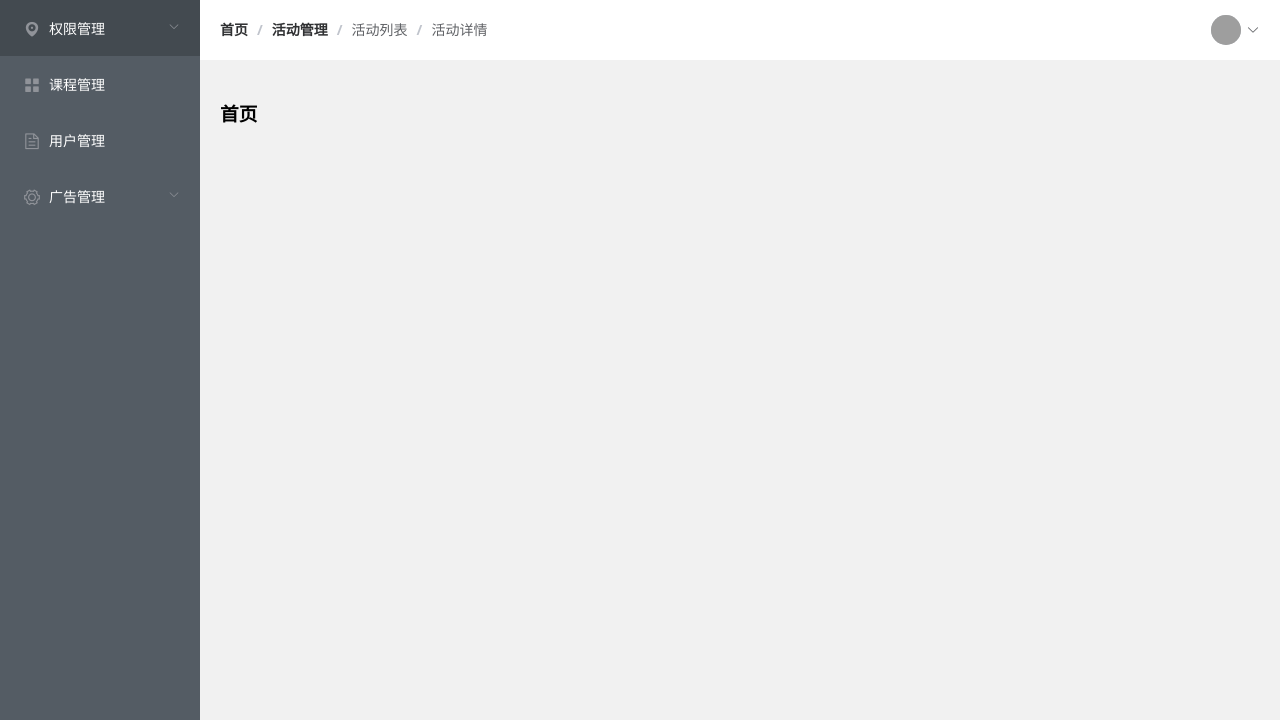
Repository: xiaozhuxiao/management-system
Page: /#/
An editor plug-in stored every save of this project. The page is shown before and after the next save, followed by the edit.
The browser window is 1280 px wide. The pictures show the whole page.
Pictures or frames that could not be fetched are drawn as grey boxes. The project was rebuilt for these pictures with package versions that can differ from the ones it lists, and the page was loaded fresh each time. Also part of the build but not shown: vue.config.js.

Above is the page before, as saved 2023-01-10 16:08:07.

### src/main.js
import Vue from 'vue'
import App from './App.vue'
import router from './router'
import store from './store'
// 引入Element
import ElementUI from 'element-ui'

// 引入 Element 的主题文件
// import 'element-ui/lib/theme-chalk/index.css'

// 引入自定义的全局样式文件
import './styles/index.scss'

// 将 Element 注册为 Vue 插件
Vue.use(ElementUI)

Vue.config.productionTip = false

new Vue({
  router,
  store,
  render: (h) => h(App)
}).$mount('#app')

### src/App.vue
<template>
  <div id="app">
    <!-- 根路由出口 -->
    <router-view />
  </div>
</template>

<script>
// 测试请求地址是否成功,以后哪个组件要用就直接调用下面代码即可
// import request from '@/utils/request'

// request({
//   method: 'GET',
//   // url: '/front/ad/getAdList'
//   url: '/boss/v2/api-docs?group=edu-boss-boot'
// }).then((res) => {
//   console.log(res)
// })

export default {
  name: 'App'
}
</script>

<style lang="scss"></style>

### src/router/index.js
import Vue from 'vue'
import VueRouter from 'vue-router'

// 引入 store
import store from '@/store'

// 引入路由中需要使用的组件功能
// import Login from '@/views/login/index'
// import Layout from '@/views/layout/index'
// import Home from '@/views/home/index'
// import Role from '@/views/role/index'
// import Menu from '@/views/menu/index'
// import Resource from '@/views/resource/index'
// import User from '@/views/user/index'
// import Advert from '@/views/advert/index'
// import AdvertSpace from '@/views/advert-space/index'
// import ErrorPage from '@/views/error-page/index'
// import Course from '@/views/course/index'

Vue.use(VueRouter)

// 路由规则（添加需要认证的 requiresAuth 信息）
const routes = [
  {
    path: '/login',
    name: 'login',
    // 路由懒加载模式 () => import('./xxx/xxx/xxx.vue')
    component: () => import(/* webpackChunkName:'login' */ '@/views/login/index')
  },
  {
    path: '/',
    component: () => import(/* webpackChunkName:'layout' */ '@/views/layout/index'),
    // 直接给某个路由设置，这时内部的子路由都需要认证（包含当前路由）
    meta: { requiresAuth: true },
    children: [
      {
        path: '',
        name: 'home',
        component: () => import(/* webpackChunkName:'home' */ '@/views/home/index')
      },
      {
        path: '/role',
        name: 'role',
        component: () => import(/* webpackChunkName:'role' */ '@/views/role/index')
      },
      {
        path: '/advert',
        name: 'advert',
        component: () => import(/* webpackChunkName:'advert' */ '@/views/advert/index')
      },
      {
        path: '/menu',
        name: 'menu',
        component: () => import(/* webpackChunkName:'menu' */ '@/views/menu/index')
      },
      {
        path: '/resource',
        name: 'resource',
        component: () => import(/* webpackChunkName:'resource' */ '@/views/resource/index')
      },
      {
        path: '/user',
        name: 'user',
        component: () => import(/* webpackChunkName:'user' */ '@/views/user/index')
      },
      {
        path: '/advert-space',
        name: 'advert-space',
        component: () => import(/* webpackChunkName:'advert-space' */ '@/views/advert-space/index')
      },
      {
        path: '/course',
        name: 'course',
        component: () => import(/* webpackChunkName:'course' */ '@/views/course/index')
      }
    ]
  },
  {
    path: '*',
    name: 'error-page',
    component: () => import(/* webpackChunkName:'error-page' */ '@/views/error-page/index')
  }
]

const router = new VueRouter({
  routes
})

router.beforeEach((to, from, next) => {
  // 验证 to 路由是否需要进行身份认证
  if (to.matched.some((record) => record.meta.requiresAuth)) {
    // 验证 Vuex 的 store 中的登录用户信息是否存储
    store.state.user

    next()
  } else {
    console.log('当前页面不需要认证')

    next() // 确保一定要调用 next()
  }
})

export default router

### src/store/index.js
import Vue from 'vue'
import Vuex from 'vuex'

Vue.use(Vuex)

export default new Vuex.Store({
  state: {
    // 用于在登录成功后保存用户信息 (初始值尝试读取本地存储)
    user: JSON.parse(window.localStorage.getItem('user') || null)
  },
  mutations: {
    // 存储用户数据
    setUser(state, payload) {
      // 将 payload 转换为对象后再进行存储
      state.user = JSON.parse(payload)
      // 将 payload 数据添加到本地存储中
      window.localStorage.setItem('user', payload)
    }
  },
  actions: {},
  modules: {}
})

### src/styles/index.scss
// styles/index.scss
  @import './variables.scss';

  // globals
  html {
  font-family: $font-family;
  -webkit-text-size-adjust: 100%;
  -webkit-tap-highlight-color: rgba(0, 0, 0, 0);
  // better Font Rendering
  -webkit-font-smoothing: antialiased;
  -moz-osx-font-smoothing: grayscale;
  }

  body {
  margin: 0;
  background-color: $body-bg;
  }

  // custom element theme 更改 element 主题⾊
  $--color-primary: $primary-color;
  $--color-success: $success-color;
  $--color-warning: $warning-color;
  $--color-danger: $danger-color;
  $--color-info: $info-color;
  // change font path, required 改变 icon 字体路径变量，必需
  $--font-path: '~element-ui/lib/theme-chalk/fonts';
  // import element default theme 引⼊ element 默认主题⽂件（样式⽂件）
  @import '~element-ui/packages/theme-chalk/src/index';
  // node_modules/element-ui/packages/theme-chalk/src/common/var.scss

  // overrides
  // .el-menu-item, .el-submenu__title {
  // height: 50px;
  // line-height: 50px;
  // }

  .el-pagination {
  color: #868e96;
  }

  // components
  .status {
  display: inline-block;
  cursor: pointer;
  width: .875rem;
  height: .875rem;
  vertical-align: middle;
  border-radius: 50%;

  &-primary {
  background: $--color-primary;
  }

  &-success {
  background: $--color-success;
  }

  &-warning {
  background: $--color-warning;
  }
  &-danger {
  background: $--color-danger;
  }
  &-info {
  background: $--color-info;
    }
  }

### src/styles/variables.scss
  // styles/variables.scss
  $primary-color: #40586F;
  $success-color: #51cf66;
  $warning-color: #fcc419;
  $danger-color: #ff6b6b;
  $info-color: #868e96; // #22b8cf;

  $body-bg: #E9EEF3; // #f5f5f9;
  $sidebar-bg: #F8F9FB;
  $navbar-bg: #F8F9FB;

  $font-family: system-ui, -apple-system, "Segoe UI", Roboto, Helvetica, Arial, sans-serif;

### src/views/layout/index.vue
<template>
  <el-container>
    <el-aside width="200px">
      <!-- 侧边栏组件 -->
      <app-aside />
    </el-aside>
    <el-container>
      <el-header>
        <!-- 头部组件 -->
        <app-header />
      </el-header>
      <el-main>
        <!-- 设置子路由出口 -->
        <router-view></router-view>
      </el-main>
    </el-container>
  </el-container>
</template>

<script>
// 引入侧边栏组件
import AppAside from './components/AppAside'

import AppHeader from './components/AppHeader'

export default {
  name: 'Layout',
  components: {
    AppAside,
    AppHeader
  }
}
</script>

<style lang="scss" scoped>
.el-container {
  height: 100vh;
  min-width: 980px;
}
.el-aside {
  background-color: #d3dce6;
}
.el-header {
  background-color: #ffffff;
}
.el-main {
  background-color: #f1f1f1;
}
</style>

### src/views/home/index.vue
<template>
  <div>
    <h3>首页</h3>
  </div>
</template>

<script>
export default {}
</script>

<style></style>

### src/views/layout/components/AppAside.vue
<template>
  <div class="app-aside">
    <el-menu default-active="0" class="el-menu-vertical-demo" background-color="#545c64" text-color="#fff" active-text-color="#ffd04b" unique-opened router>
      <el-submenu index="1">
        <template slot="title">
          <i class="el-icon-location"></i>
          <span>权限管理</span>
        </template>
        <el-menu-item-group>
          <el-menu-item index="/role">
            <i class="el-icon-document"></i>
            <span>角色列表</span>
          </el-menu-item>
          <el-menu-item index="/menu">
            <i class="el-icon-document"></i>
            <span>菜单列表</span>
          </el-menu-item>
          <el-menu-item index="/resource">
            <i class="el-icon-document"></i>
            <span>资源列表</span>
          </el-menu-item>
        </el-menu-item-group>
      </el-submenu>
      <el-menu-item index="course">
        <i class="el-icon-menu"></i>
        <span slot="title">课程管理</span>
      </el-menu-item>
      <el-menu-item index="/user">
        <i class="el-icon-document"></i>
        <span slot="title">用户管理</span>
      </el-menu-item>
      <el-submenu index="4">
        <template slot="title">
          <i class="el-icon-setting"></i>
          <span slot="title">广告管理</span>
        </template>
        <el-menu-item index="/advert">
          <i class="el-icon-document"></i>
          <span>广告列表</span>
        </el-menu-item>
        <el-menu-item index="advert-space">
          <i class="el-icon-document"></i>
          <span>广告位列表</span>
        </el-menu-item>
      </el-submenu>
    </el-menu>
  </div>
</template>

<script>
export default {
  name: 'AppAside'
}
</script>

<style lang="scss" scoped>
.app-aside {
  height: 100%;
  .el-menu {
    height: 100%;
    border-right: 0 none;
  }
}
</style>

### src/views/layout/components/AppHeader.vue
<template>
  <div class="app-header">
    <!-- 左侧面包屑导航 -->
    <el-breadcrumb separator="/">
      <el-breadcrumb-item :to="{ path: '/' }">首页</el-breadcrumb-item>
      <el-breadcrumb-item><a href="/">活动管理</a></el-breadcrumb-item>
      <el-breadcrumb-item>活动列表</el-breadcrumb-item>
      <el-breadcrumb-item>活动详情</el-breadcrumb-item>
    </el-breadcrumb>

    <!-- 右侧用户信息展示 -->
    <el-dropdown>
      <span class="el-dropdown-link">
        <!-- 用户头像,使用 Avatar 组件 -->
        <el-avatar :size="30" src="https://cube.elemecdn.com/3/7c/3ea6beec64369c2642b92c6726f1epng.png"></el-avatar>
        <i class="el-icon-arrow-down el-icon--right"></i>
      </span>
      <el-dropdown-menu slot="dropdown">
        <el-dropdown-item>用户信息</el-dropdown-item>
        <el-dropdown-item divided>注销</el-dropdown-item>
      </el-dropdown-menu>
    </el-dropdown>
  </div>
</template>

<script>
export default {
  name: 'Header'
}
</script>

<style lang="scss" scoped>
.app-header {
  display: flex;
  align-items: center;
  height: 100%;
  justify-content: space-between;

  .el-dropdown-link {
    display: flex;
    align-items: center;
  }
}
</style>

### src/views/login/index.vue
<template>
  <div class="login">
    <el-form ref="form" :model="form" :rules="rules" label-width="80px" label-position="top">
      <el-form-item label="手机号" prop="phone">
        <el-input v-model="form.phone" placeholder="请输入手机号"></el-input>
      </el-form-item>
      <el-form-item label="密码" prop="password">
        <el-input v-model="form.password" type="password" placeholder="请输入密码"></el-input>
      </el-form-item>
      <el-form-item>
        <el-button type="primary" :loading="isLoginLoading" @click="onSubmit">登录</el-button>
      </el-form-item>
    </el-form>
  </div>
</template>

<script>
// import request from '@/utils/request'
// import qs from 'qs'
import { login } from '@/services/user'

export default {
  name: 'LoginInedx',
  data() {
    return {
      // 存储表单数据的对象
      form: {
        phone: '18201288771',
        password: '111111'
      },
      // 用于设置表单校验规则
      rules: {
        phone: [
          { required: true, message: '请输入手机号', trigger: 'blur' },
          { pattern: /^1\d{10}$/, message: '请输入正确的手机号', trigger: 'blur' }
        ],
        password: [
          { required: true, message: '请输入密码', trigger: 'blur' },
          { min: 6, max: 18, message: '密码长度为 6 到 18 位', trigger: 'blur' }
        ]
      },
      // 用于保存加载状态
      isLoginLoading: false
    }
  },
  methods: {
    // 登录功能
    async onSubmit() {
      // this.$refs.form.validate((valid) => {
      //   if (valid) {
      //   } else {
      //   }
      // })
      try {
        // 1.设置校验成功后的功能(请求)
        await this.$refs.form.validate()

        // 2.发送请求
        this.isLoginLoading = true
        // 原始登录接口
        // console.log(qs.stringify(this.form))
        // const { data } = await request({
        // method: 'POST',
        // headers: { 'content-type': 'application/-x-www-form-urlencoded' },
        // url: '/front/user/login',
        // urlencoded 格式:  名=值&名=值...
        // data: qs.stringify(this.form)
        // })
        // 封装引入的登录接口
        const { data } = await login(this.form)

        this.isLoginLoading = false
        // 响应处理
        if (data.state === 1) {
          this.$router.push({
            name: 'home'
          })
          this.$message.success('登录成功')
          // 将用户信息存储到 Vuex 中
          this.$store.commit('setUser', data.content)
        } else {
          this.$message.error(data.message)
        }
      } catch (err) {
        // 设置校验失败后的功能(提示)
        console.log('没有通过校验')
      }
    }
  }
}
</script>

<style lang="scss" scoped>
.login {
  height: 100vh;
  display: flex;
  // 设置内部元素垂直水平居中
  justify-content: center;
  align-items: center;

  .el-form {
    background-color: #fff;
    padding: 20px;
    width: 300px;
    border-radius: 10px;

    .el-button {
      width: 100%;
    }
  }
}
</style>

### src/services/user.js
import request from '@/utils/request'
import qs from 'qs'

// 用户登录接口
export const login = (data) => {
  return request({
    method: 'POST',
    // headers: { 'content-type': 'application/-x-www-form-urlencoded' },
    url: '/front/user/login',
    // urlencoded 格式:  名=值&名=值...
    data: qs.stringify(data)
  })
}

### src/utils/request.js
import axios from 'axios'

// create 创建 axios 实例
const request = axios.create({
  // timeout:请求超时
  timeout: 2000
  // baseURL:基地址
  // headers:请求头
})

function getBaseURL(url) {
  if (url.startsWith('/boss')) {
    return 'http://eduboss.lagounews.com'
  } else {
    return 'http://edufront.lagounews.com'
  }
}

// 请求拦截器
request.interceptors.request.use(function (config) {
  // 判断 config.url 的前缀,来进行请求baseURL 的设置
  config.baseURL = getBaseURL(config.url)
  console.log(config)
  return config
})

export default request

Loaded but not shown: public/index.html (common file)

After the next save:
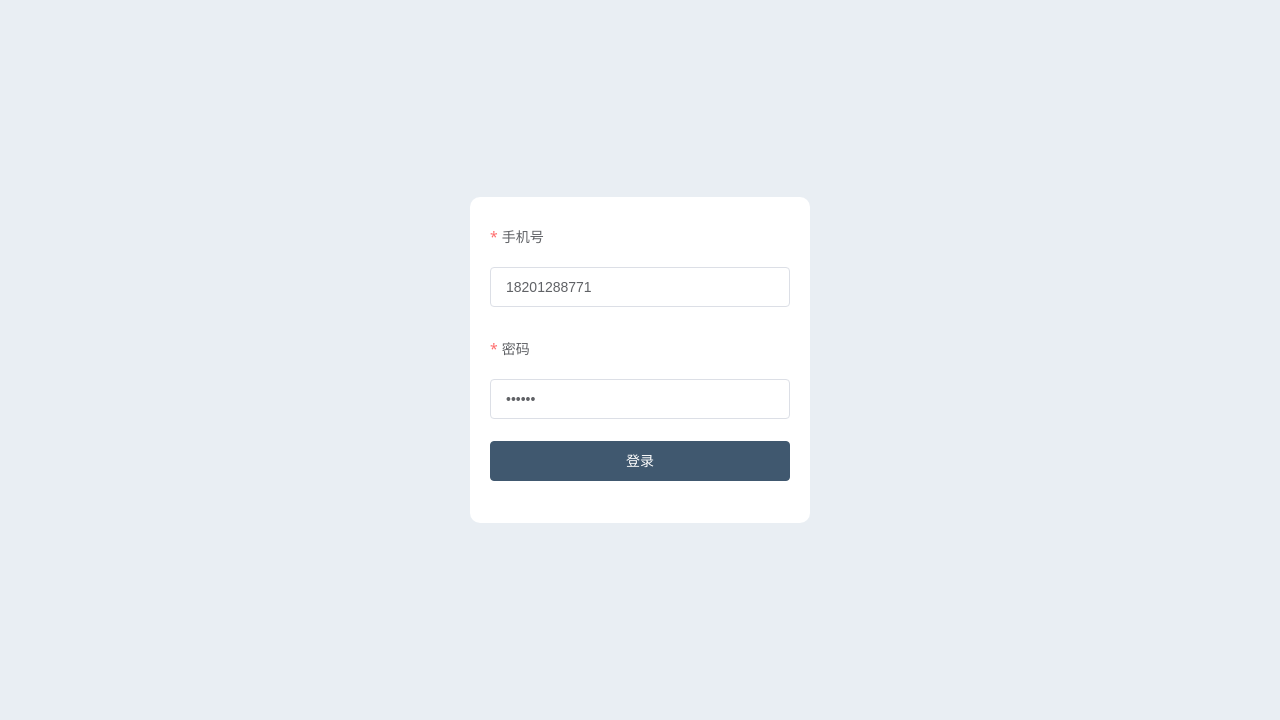
Saved 2 min 19 s later.
--- a/src/router/index.js
+++ b/src/router/index.js
@@ -90,7 +90,11 @@ router.beforeEach((to, from, next) => {
   // 验证 to 路由是否需要进行身份认证
   if (to.matched.some((record) => record.meta.requiresAuth)) {
     // 验证 Vuex 的 store 中的登录用户信息是否存储
-    store.state.user
+    if (!store.state.user) {
+      // 未登录，跳转到登录页
+
+      return next({ name: 'login' })
+    }
 
     next()
   } else {
